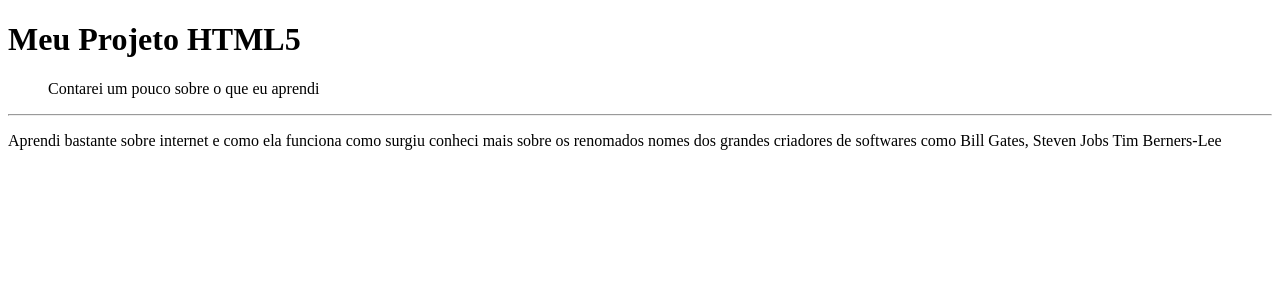
Repository: gustavotwist/meu-html
Page: index.html
These files come from the project's save history. The page is drawn as it stood at one moment and after a run of saves; the edit follows.
The browser window is 1280 px wide. The pictures show the whole page.

Above is the page before, as saved 2024-04-24 21:58:47.

After the next 3 saves:
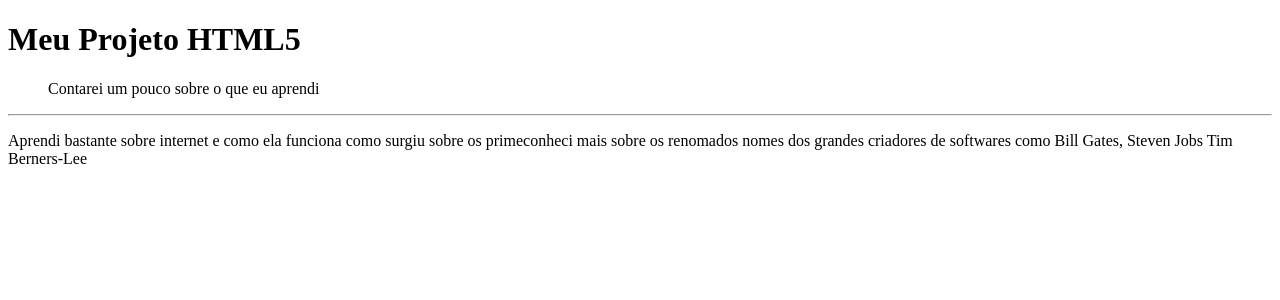
The 3 saves are shown as one change because they came seconds apart.
The last was saved 14 s later.
--- a/index.html
+++ b/index.html
@@ -9,7 +9,7 @@
     <h1>Meu Projeto HTML5</h1>
     <blockquote>Contarei um pouco sobre o que eu aprendi</blockquote><hr>
 
-    <p>Aprendi bastante sobre internet e como ela funciona como surgiu conheci mais sobre os renomados nomes dos grandes criadores de softwares como Bill Gates, Steven Jobs Tim Berners-Lee </p>
+    <p>Aprendi bastante sobre internet e como ela funciona como surgiu sobre os primeconheci mais sobre os renomados nomes dos grandes criadores de softwares como Bill Gates, Steven Jobs Tim Berners-Lee </p>
     <p></p>
 
 
